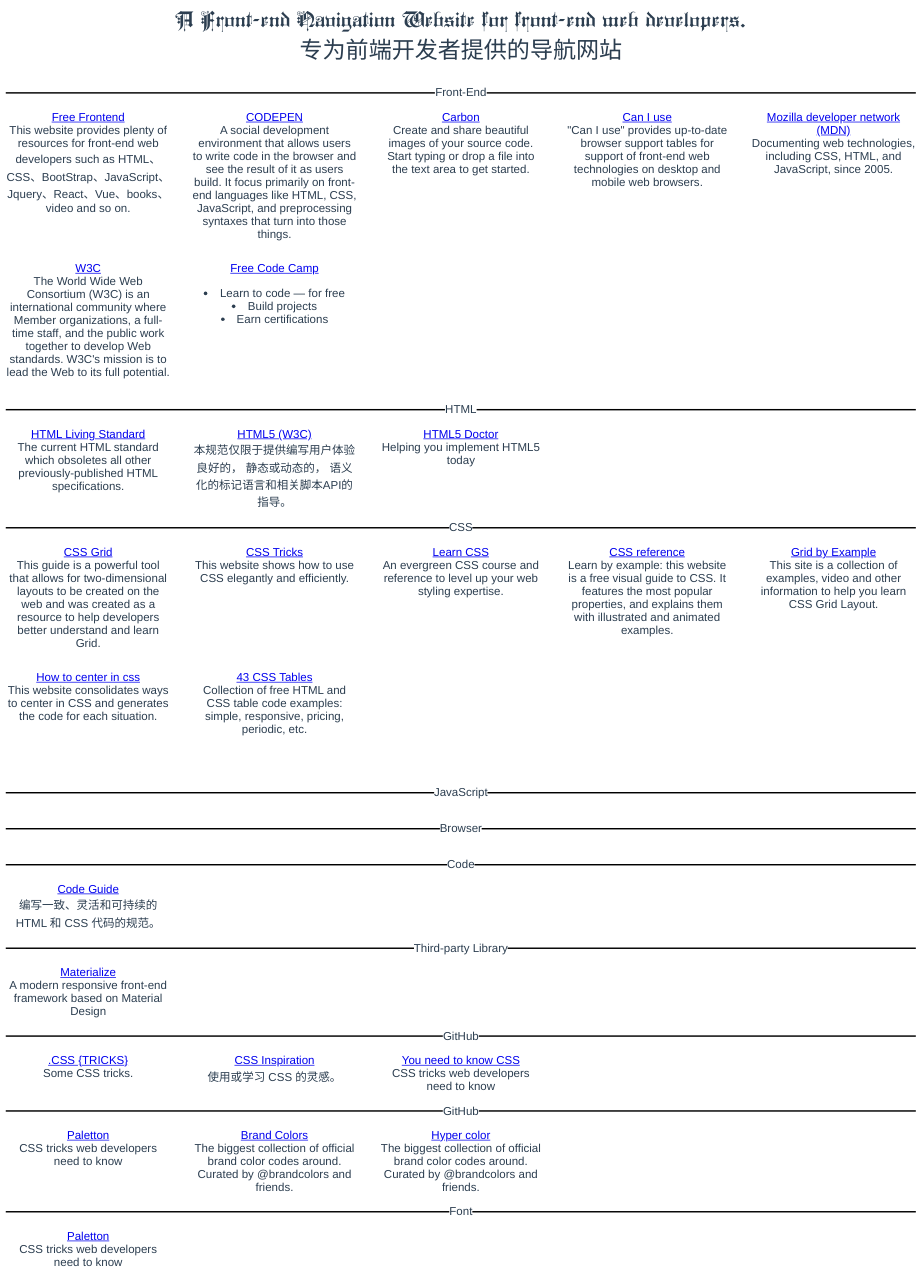
Repository: 321paranoiawhy/fenav.io
Page: /
These files come from the project's save history. The page is drawn as it stood at one moment and after the next save; the edit follows.
The browser window is 1280 px wide. The pictures show the whole page, at 72% of full size.
The project was rebuilt for these pictures with package versions that can differ from the ones it lists, and the page was loaded fresh each time. Also part of the build but not shown: vue.config.js.

Above is the page before, as saved 2022-04-06 01:44:35.

### src/views/HomeView.vue
<template>
    <div class="englishTitle">
        A Front-end Navigation Website for front-end web developers.
    </div>
    <div class="chineseTitle">专为前端开发者提供的导航网站</div>
    <!-- Front-End -->
    <p class="divider">Front-End</p>
    <div id="frontend" class="main">
        <div class="card">
            <a class="url" href="https://freefrontend.com/">Free Frontend</a>
            <div class="description">
                This website provides plenty of resources for front-end web
                developers such as
                HTML、CSS、BootStrap、JavaScript、Jquery、React、Vue、books、video
                and so on.
            </div>
        </div>
        <div class="card">
            <a class="url" href="https://codepen.io/trending">CODEPEN</a>
            <div class="description">
                A social development environment that allows users to write code
                in the browser and see the result of it as users build. It focus
                primarily on front-end languages like HTML, CSS, JavaScript, and
                preprocessing syntaxes that turn into those things.
            </div>
        </div>
        <div class="card">
            <a class="url" href="https://carbon.now.sh/">Carbon</a>
            <div class="description">
                Create and share beautiful images of your source code. Start
                typing or drop a file into the text area to get started.
            </div>
        </div>
        <div class="card">
            <a class="url" href="https://caniuse.com/">Can I use</a>
            <div class="description">
                "Can I use" provides up-to-date browser support tables for
                support of front-end web technologies on desktop and mobile web
                browsers.
            </div>
        </div>
        <div class="card">
            <a class="url" href="https://developer.mozilla.org/zh-CN/"
                >Mozilla developer network (MDN)</a
            >
            <div class="description">
                Documenting web technologies, including CSS, HTML, and
                JavaScript, since 2005.
            </div>
        </div>
        <div class="card">
            <a class="url" href="https://www.w3.org/">W3C</a>
            <div class="description">
                The World Wide Web Consortium (W3C) is an international
                community where Member organizations, a full-time staff, and the
                public work together to develop Web standards. W3C's mission is
                to lead the Web to its full potential.
            </div>
        </div>
        <div class="card">
            <a class="url" href="https://www.freecodecamp.org/"
                >Free Code Camp</a
            >
            <div class="description">
                <ul>
                    <li>Learn to code — for free</li>
                    <li>Build projects</li>
                    <li>Earn certifications</li>
                </ul>
            </div>
        </div>
    </div>
    <!-- HTML -->
    <p class="divider">HTML</p>
    <div id="HTML" class="main">
        <div class="card">
            <a class="url" href="https://html.spec.whatwg.org/"
                >HTML Living Standard</a
            >
            <div class="description">
                The current HTML standard which obsoletes all other
                previously-published HTML specifications.
            </div>
        </div>
        <div class="card">
            <a class="url" href="https://www.w3.org/html/ig/zh/wiki/HTML5"
                >HTML5 (W3C)</a
            >
            <div class="description">
                本规范仅限于提供编写用户体验良好的， 静态或动态的，
                语义化的标记语言和相关脚本API的指导。
            </div>
        </div>
        <div class="card">
            <a class="url" href="http://html5doctor.com/">HTML5 Doctor</a>
            <div class="description">Helping you implement HTML5 today</div>
        </div>
    </div>
    <!-- CSS -->
    <p class="divider">CSS</p>
    <div id="CSS" class="main">
        <div id="grid" class="card">
            <a class="url" href="https://learncssgrid.com/">CSS Grid</a>
            <div class="description">
                This guide is a powerful tool that allows for two-dimensional
                layouts to be created on the web and was created as a resource
                to help developers better understand and learn Grid.
            </div>
        </div>
        <div id="tricks" class="card">
            <a class="url" href="https://css-tricks.com/">CSS Tricks</a>
            <div class="description">
                This website shows how to use CSS elegantly and efficiently.
            </div>
        </div>
        <div id="learn" class="card">
            <a class="url" href="https://web.dev/learn/css/">Learn CSS</a>
            <div class="description">
                An evergreen CSS course and reference to level up your web
                styling expertise.
            </div>
        </div>
        <div id="reference" class="card">
            <a class="url" href="https://cssreference.io/">CSS reference</a>
            <div class="description">
                Learn by example: this website is a free visual guide to CSS. It
                features the most popular properties, and explains them with
                illustrated and animated examples.
            </div>
        </div>
        <div id="grid" class="card">
            <a class="url" href="https://gridbyexample.com/">Grid by Example</a>
            <div class="description">
                This site is a collection of examples, video and other
                information to help you learn CSS Grid Layout.
            </div>
        </div>
        <div id="center in css" class="card">
            <a class="url" href="http://howtocenterincss.com/"
                >How to center in css</a
            >
            <div class="description">
                This website consolidates ways to center in CSS and generates
                the code for each situation.
            </div>
        </div>
        <div id="table" class="card">
            <a
                class="url"
                href="https://freefrontend.com/css-tables/#pricing-tables"
                >43 CSS Tables</a
            >
            <div class="description">
                Collection of free HTML and CSS table code examples: simple,
                responsive, pricing, periodic, etc.
            </div>
        </div>
    </div>
    <!-- JavaScript -->
    <p class="divider">JavaScript</p>
    <div id="JavaScript" class="main"></div>
    <!-- Browser -->
    <p class="divider">Browser</p>
    <div id="Browser" class="main"></div>
    <!-- Code -->
    <p class="divider">Code</p>
    <div id="Code" class="main">
        <div class="card">
            <a class="url" href="https://codeguide.bootcss.com/">Code Guide</a>
            <div class="description">
                编写一致、灵活和可持续的 HTML 和 CSS 代码的规范。
            </div>
        </div>
    </div>
    <!-- Third-party Library -->
    <p class="divider">Third-party Library</p>
    <div id="Code" class="main">
        <div id="tricks" class="card">
            <a class="url" href="https://materializecss.com/">Materialize</a>
            <div class="description">
                A modern responsive front-end framework based on Material Design
            </div>
        </div>
    </div>
    <!-- GitHub -->
    <p class="divider">GitHub</p>
    <div id="GitHub" class="main">
        <div id="tricks" class="card">
            <a class="url" href="https://github.com/QiShaoXuan/css_tricks"
                >.CSS {TRICKS}</a
            >
            <div class="description">Some CSS tricks.</div>
        </div>
        <div id="Inspiration" class="card">
            <a class="url" href="https://github.com/chokcoco/CSS-Inspiration"
                >CSS Inspiration</a
            >
            <div class="description">使用或学习 CSS 的灵感。</div>
        </div>
        <div id="" class="card">
            <a
                class="url"
                href="https://github.com/l-hammer/You-need-to-know-css"
                >You need to know CSS</a
            >
            <div class="description">
                CSS tricks web developers need to know
            </div>
        </div>
    </div>
    <!-- Color -->
    <p class="divider">GitHub</p>
    <div id="Code" class="main">
        <div class="card">
            <a
                class="url"
                href="https://paletton.com/#uid=1000u0kllllaFw0g0qFqFg0w0aF"
                >Paletton</a
            >
            <div class="description">
                CSS tricks web developers need to know
            </div>
        </div>
        <div class="card">
            <a class="url" href="http://brandcolors.net/">Brand Colors</a>
            <div class="description">
                The biggest collection of official brand color codes around.
                Curated by @brandcolors and friends.
            </div>
        </div>
        <div class="card">
            <a class="url" href="https://hypercolor.dev/">Hyper color</a>
            <div class="description">
                The biggest collection of official brand color codes around.
                Curated by @brandcolors and friends.
            </div>
        </div>
    </div>
    <!-- Font -->
    <p class="divider">Font</p>
    <div id="Font" class="main">
        <div id="" class="card">
            <a
                class="url"
                href="https://paletton.com/#uid=1000u0kllllaFw0g0qFqFg0w0aF"
                >Paletton</a
            >
            <div class="description">
                CSS tricks web developers need to know
            </div>
        </div>
    </div>
</template>

<script>
// @ is an alias to /src
export default {
    name: "Home",
    components: {},
};
</script>

<style scoped lang="scss">
@font-face {
    font-family: KingsCross;
    src: url(/public/fonts/KingsCross.ttf);
}
@font-face {
    font-family: NotoSansSC-Regular;
    src: url(/public/fonts/NotoSansSC-Regular.otf);
}
.englishTitle {
    font-family: KingsCross;
    font-size: 32px;
}
.chineseTitle {
    font-family: NotoSanSC-Regular;
    font-size: 32px;
    margin-bottom: 30px;
}
.main {
    display: grid;
    grid-template-columns: repeat(5, 1fr);
    grid-auto-rows: 1fr;
    grid-gap: 30px;
}
// 水平分割线 中间带文字
p {
    display: flex;
}
p:before,
p:after {
    content: "";
    flex: 1 1 0;
    border-bottom: 2px solid #000;
    margin: auto;
}
// ul
ul {
    padding: 0;
}
ul li {
    list-style-position: inside;
    text-align: center;
}
</style>

Loaded but not shown: public/index.html (common file); src/main.js (common file); src/App.vue (common file); src/router/index.js (common file); src/store/index.js (common file)

After the next save:
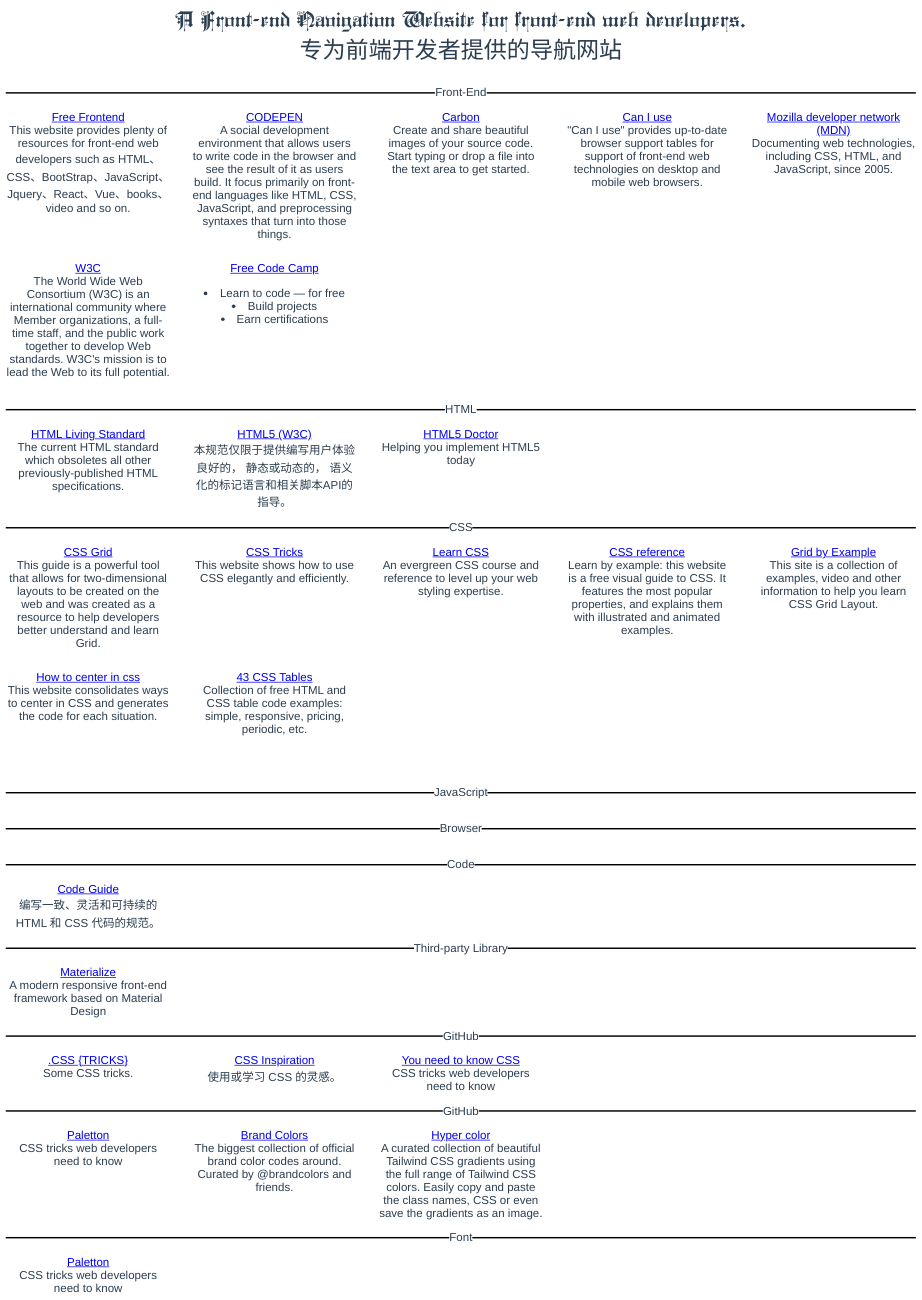
Saved 9 s later.
--- a/src/views/HomeView.vue
+++ b/src/views/HomeView.vue
@@ -231,8 +231,7 @@
         <div class="card">
             <a class="url" href="https://hypercolor.dev/">Hyper color</a>
             <div class="description">
-                The biggest collection of official brand color codes around.
-                Curated by @brandcolors and friends.
+                A curated collection of beautiful Tailwind CSS gradients using the full range of Tailwind CSS colors. Easily copy and paste the class names, CSS or even save the gradients as an image.
             </div>
         </div>
     </div>

After the save that followed:
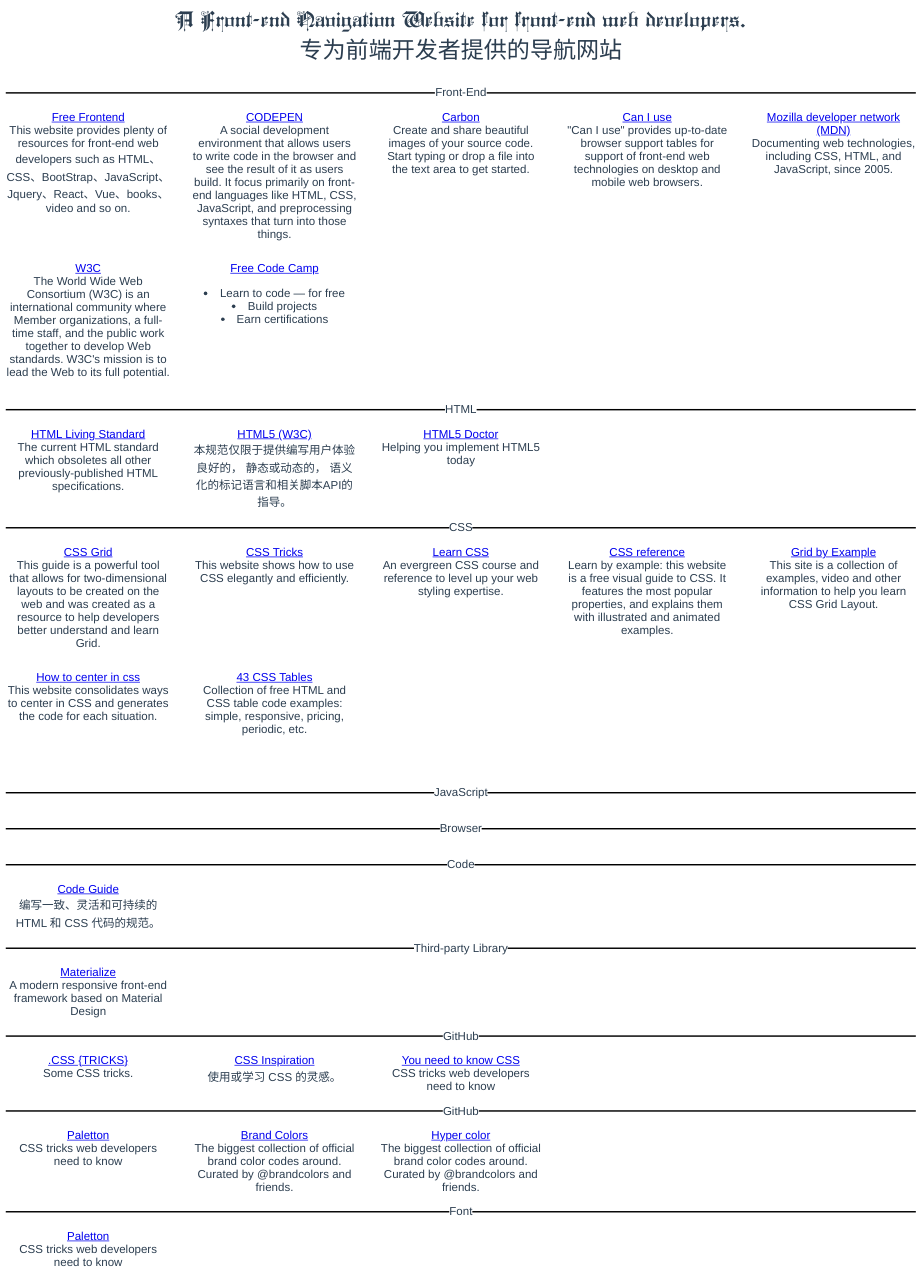
Saved 54 s later.
--- a/src/views/HomeView.vue
+++ b/src/views/HomeView.vue
@@ -231,7 +231,8 @@
         <div class="card">
             <a class="url" href="https://hypercolor.dev/">Hyper color</a>
             <div class="description">
-                A curated collection of beautiful Tailwind CSS gradients using the full range of Tailwind CSS colors. Easily copy and paste the class names, CSS or even save the gradients as an image.
+                The biggest collection of official brand color codes around.
+                Curated by @brandcolors and friends.
             </div>
         </div>
     </div>
